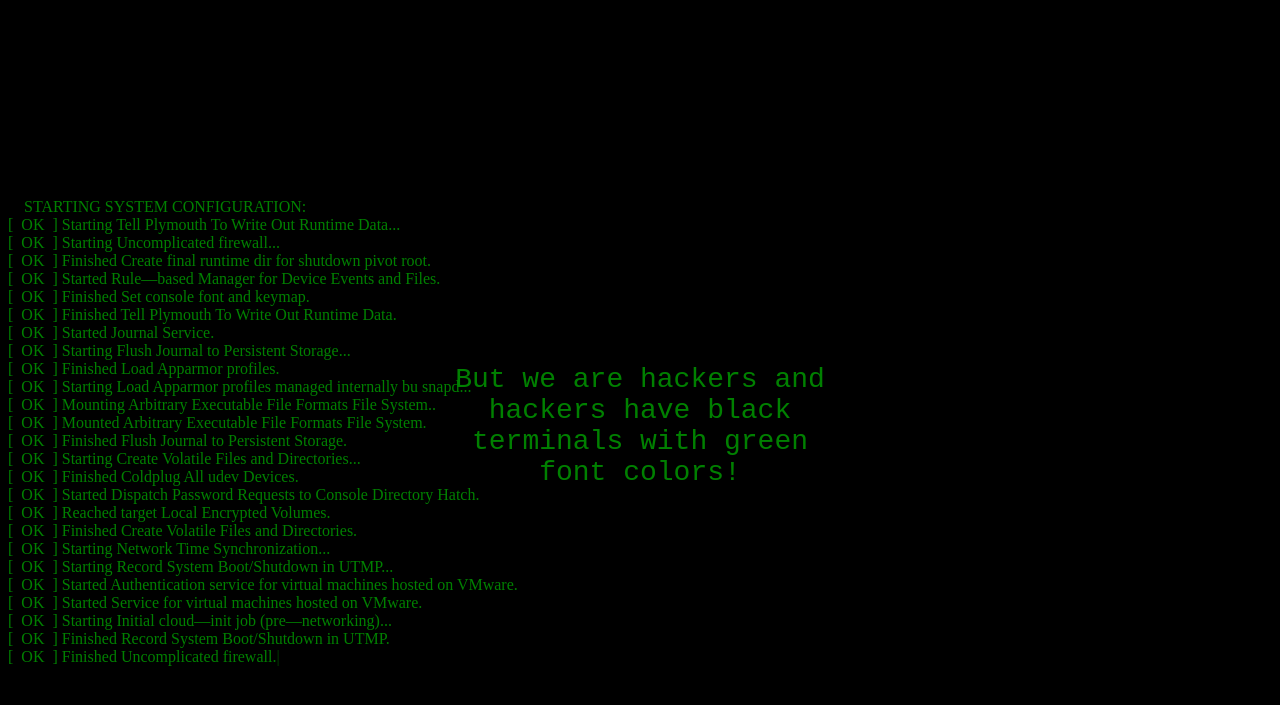
Repository: Dylennium/New-Site
Page: index.html
These files come from the project's save history. The page is drawn as it stood at one moment and after the next save; the edit follows.
The browser window is 1280 px wide. The pictures show the whole page.

Above is the page before, as saved 2023-04-28 17:06:17.

After the next save:
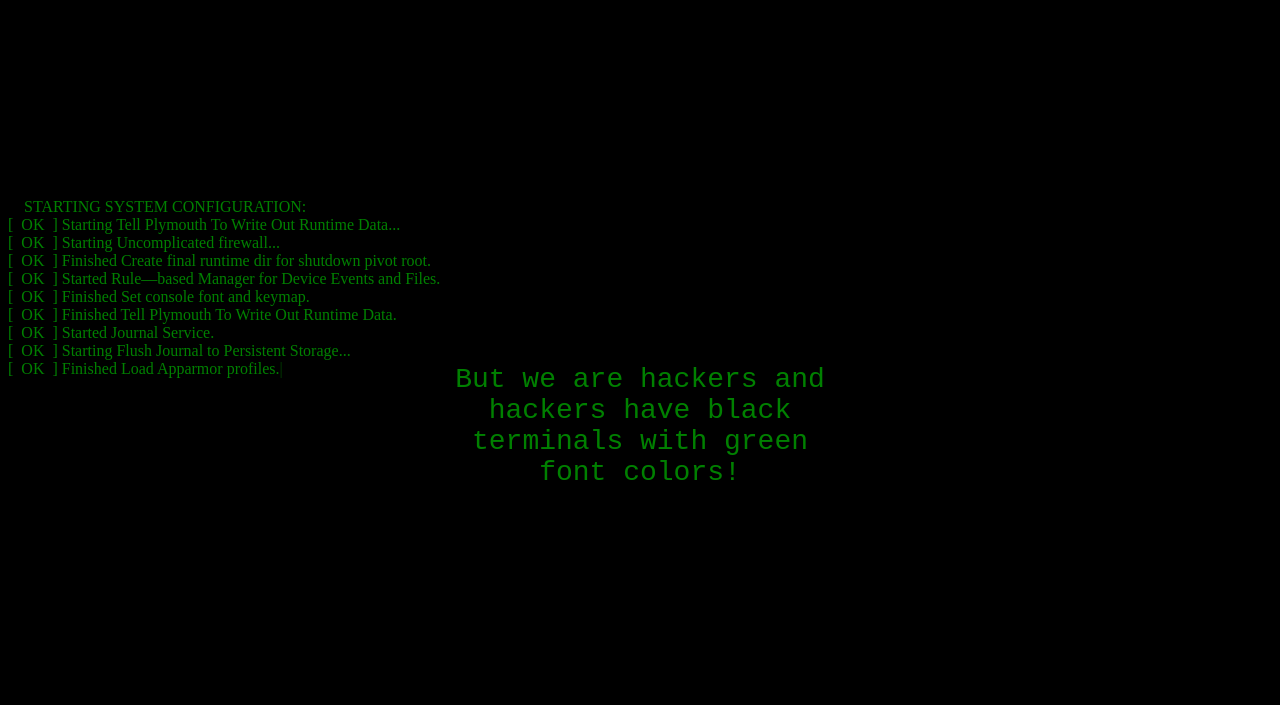
Saved 9 s later.
--- a/index.html
+++ b/index.html
@@ -58,7 +58,7 @@
 "[  OK  ] Starting Network Name Resolution..."
 ]
  var typed6 = new Typed('#loginblurb', {
-    strings: [lines.map((line)=>`\`${line}\`^${Math.trunc(Math.random()*200+100)}`).join("\n")],
+    strings: [lines.map((line)=>`\`${line}\`^${Math.trunc(Math.random()*900+100)}`).join("\n")],
 
     loop: false,
     onComplete: (self) => {
